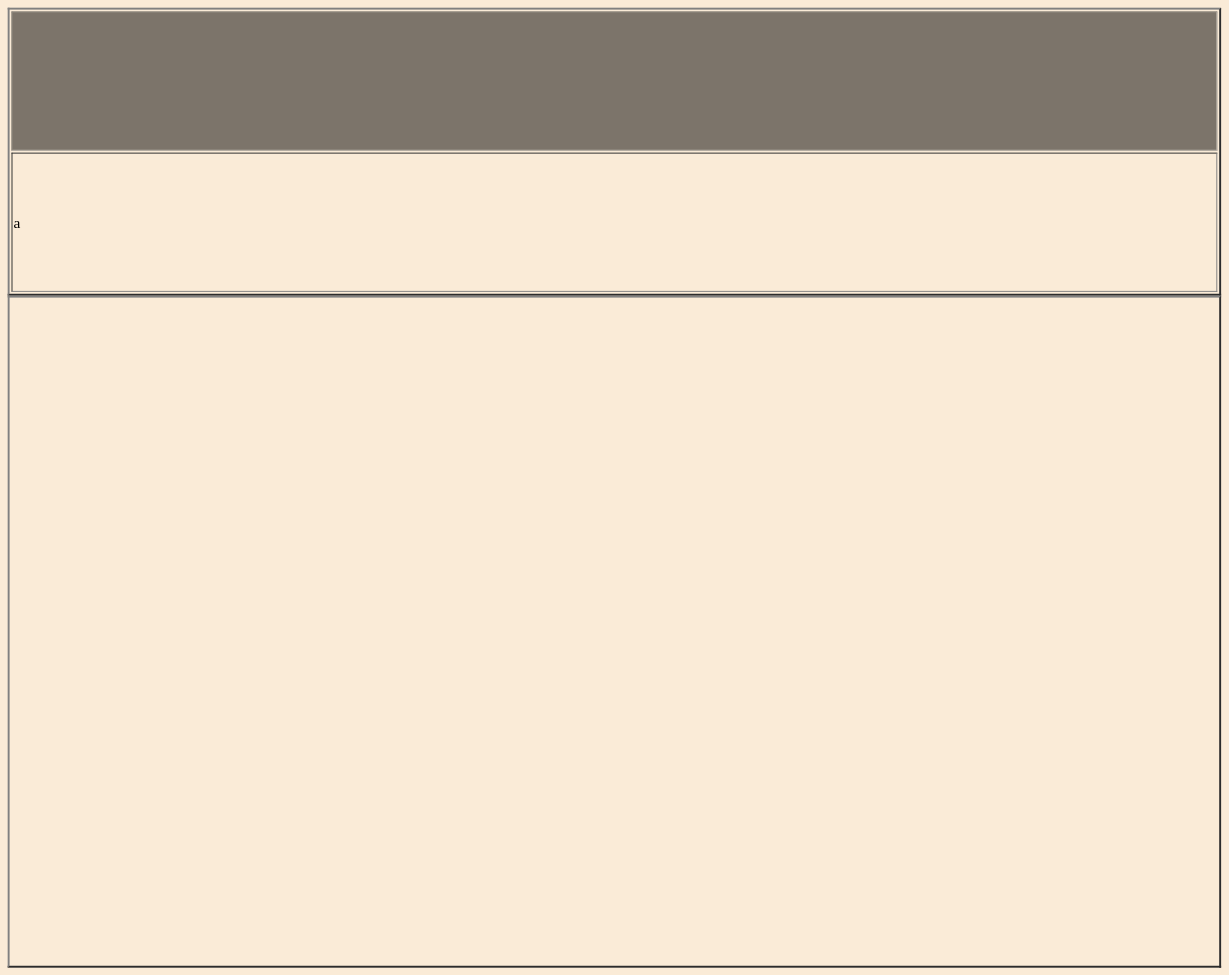
Repository: DAXMZB/Project
Page: http://localhost/SP2/
The author's editor kept a copy of each file at every save. The page is drawn from the files as they stood at one save, then again after a run of saves.
The browser window is 1280 px wide. The pictures show the whole page, at 96% of full size.
The page is served by Tomcat 9. Other server files are loaded and not shown.

Above is the page before, as saved 2026-02-04 12:15:32.

### SP2/src/main/webapp/index.jsp
<%@ page language="java" contentType="text/html; charset=UTF-8"
	pageEncoding="UTF-8"%>
<!DOCTYPE html>
<html>
<head>
<meta charset="UTF-8">
<title>Insert title here</title>
<script src="https://code.jquery.com/jquery-3.7.1.min.js"></script>
</head>
<body bgcolor="#faebd7">
	<table width="100%" border="2" align="center" height=300>
		<tr bgcolor=black style="opacity: 0.5;">
			<td>S</td>
		</tr>
		<tr>
			<td>a</td>
		</tr>
	</table>
	<table width="100%" border="2" height=700>
		<tr></tr>
	</table>
</body>
</html>

After the next 2 saves:
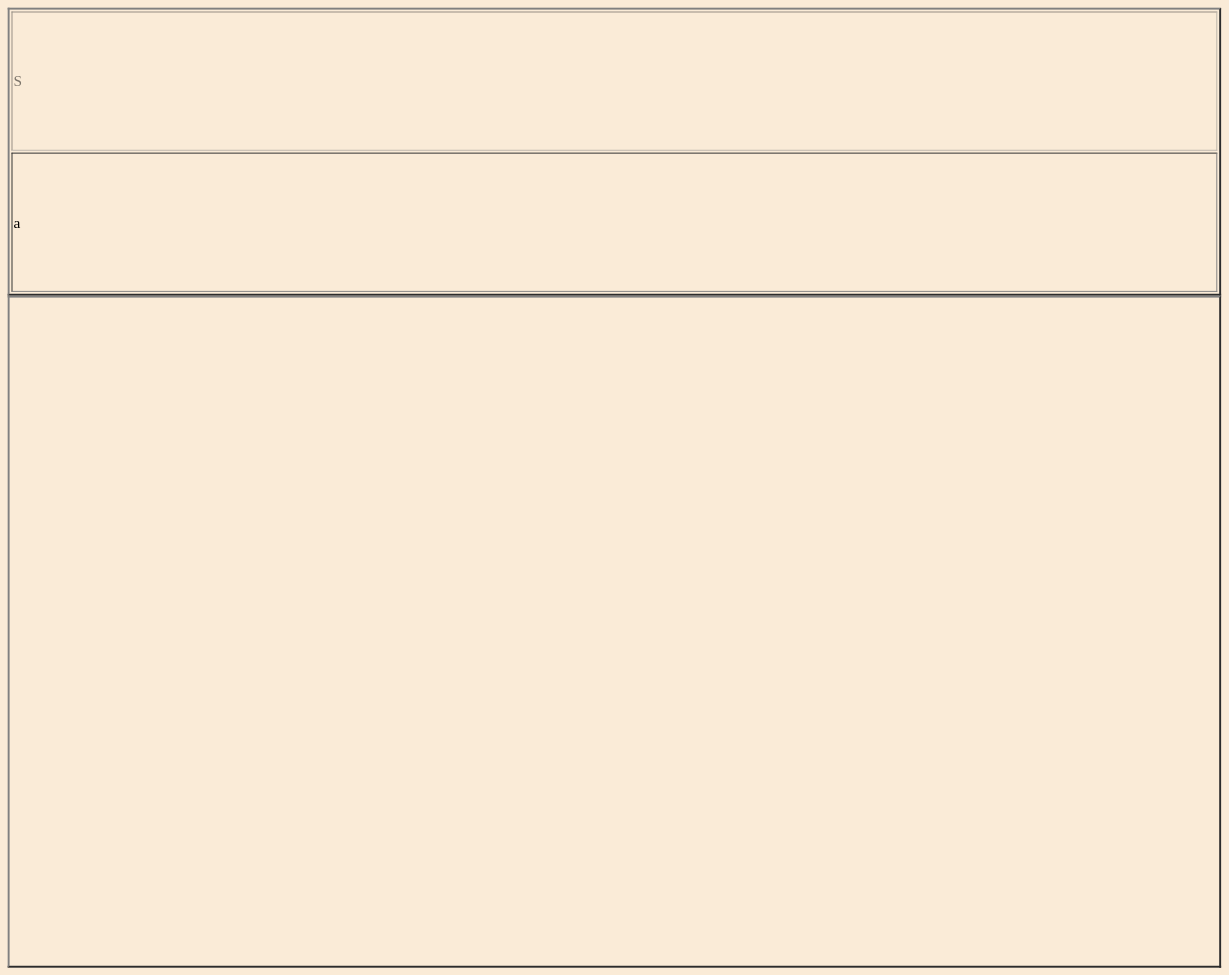
The 2 saves are shown as one change because they came seconds apart.
The last was saved 16 s later.
--- a/SP2/src/main/webapp/index.jsp
+++ b/SP2/src/main/webapp/index.jsp
@@ -9,7 +9,7 @@
 </head>
 <body bgcolor="#faebd7">
 	<table width="100%" border="2" align="center" height=300>
-		<tr bgcolor=black style="opacity: 0.5;">
+		<tr style="opacity: 0.5;">
 			<td>S</td>
 		</tr>
 		<tr>
